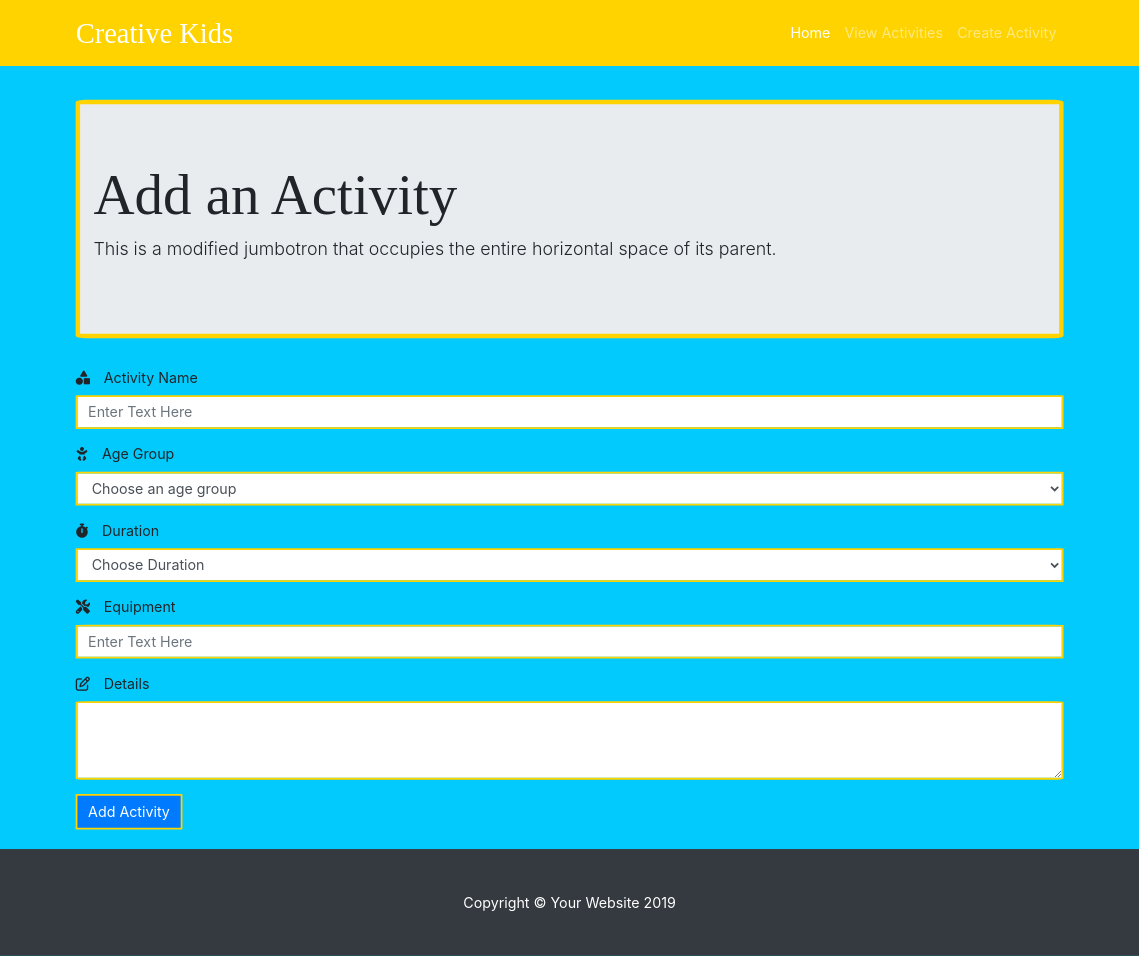
Repository: Neilfoster/milestone_project_3
Page: http://localhost/add_activity
The author's editor kept a record of every edit. The page is drawn from the files as they stood at one moment, then again after the next edit.
The browser window is 1280 px wide. The pictures show the whole page, at 89% of full size.
Some web fonts or font styles are not loaded; a fallback is used. Some web libraries are served in a nearby version. The page is served by the project's application, run on Flask 3 (app.py). Queries for data that is not in the repository find no rows.

Above is the page before.

After the next edit:
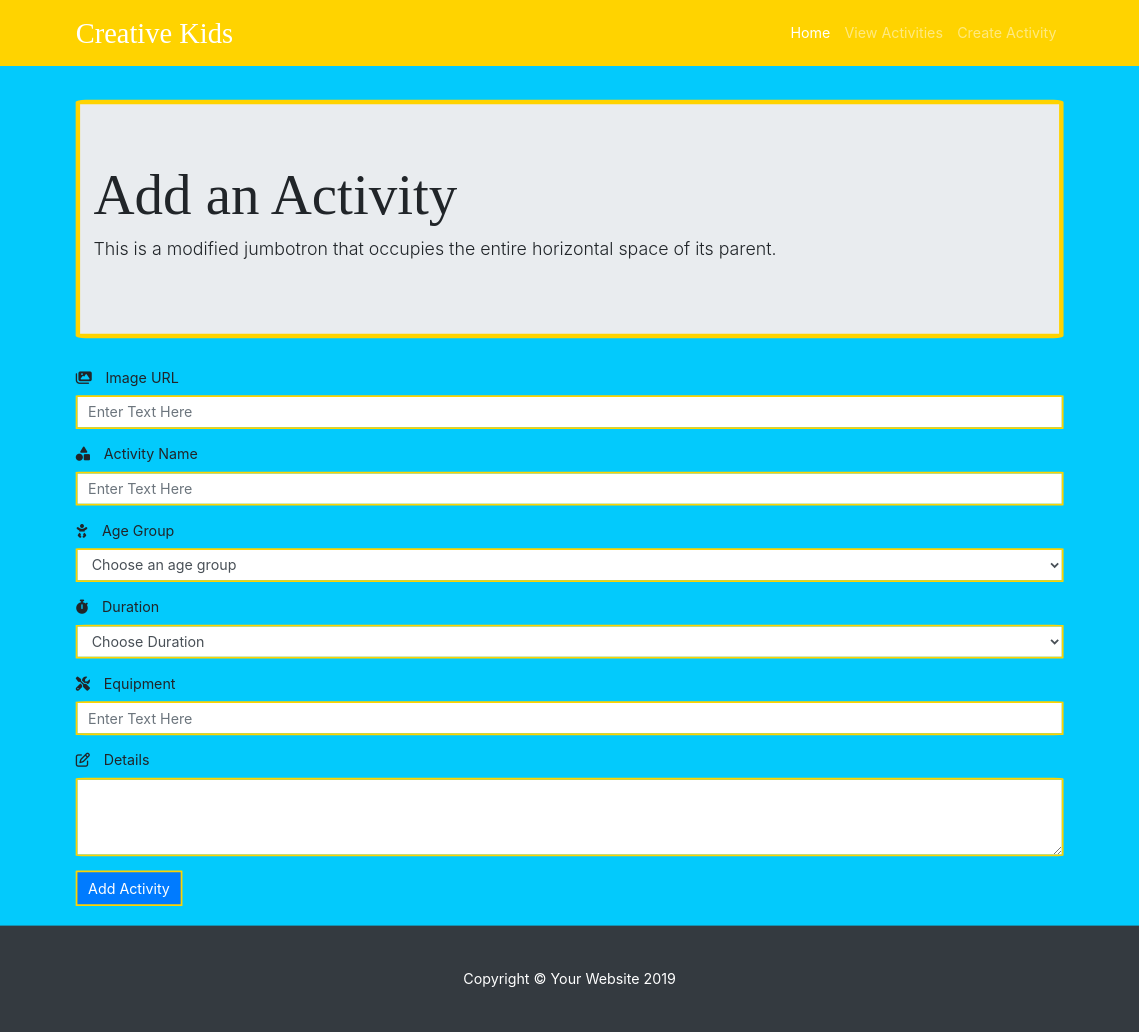
The edit:
--- a/templates/add_activity.html
+++ b/templates/add_activity.html
@@ -10,6 +10,11 @@
 
     <!--forum -->
     <form action="{{url_for('insert_activity')}}" method="POST">
+        <div class="form-group">
+            <i class="fas fa-images fa-1x "></i>
+            <label class="forum_text" for="activity_image">Image URL</label>
+            <input type="text" class="form-control add_forum" id="activity_image" name="activity_image" placeholder="Enter Text Here" required>
+        </div>
         <div class="form-group">
             <i class="fas fa-shapes fa-1x "></i>
             <label class="forum_text" for="activity_name">Activity Name</label>
